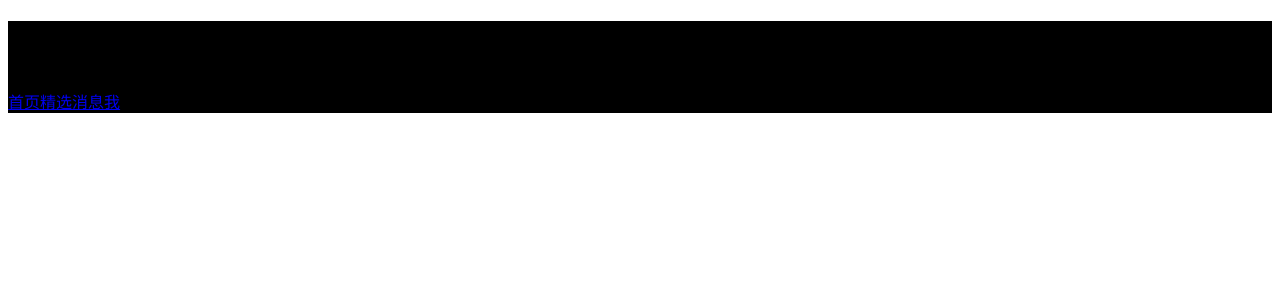
Repository: Heqiong129/Kwai
Page: /#/about
The author's editor kept a copy of each file at every save. The page is drawn from the files as they stood at one save, then again after the next save.
The browser window is 1280 px wide. The pictures show the whole page.
The project was rebuilt for these pictures with package versions that can differ from the ones it lists, and the page was loaded fresh each time. Also part of the build but not shown: vue.config.js, src/components/HelloWorld.vue, src/views/HomeView.vue.

Above is the page before, as saved 2022-07-04 11:16:24.

After the next save:
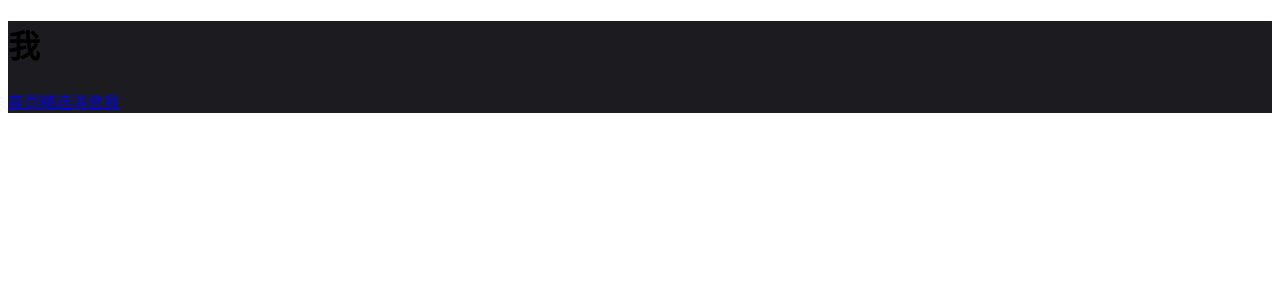
Saved 61 s later.
--- a/src/App.vue
+++ b/src/App.vue
@@ -25,6 +25,6 @@
 <style>
 .main {
   height: 100%;
-  background-color: black;
+  background-color: rgb(28, 27, 31);
 }
 </style>
